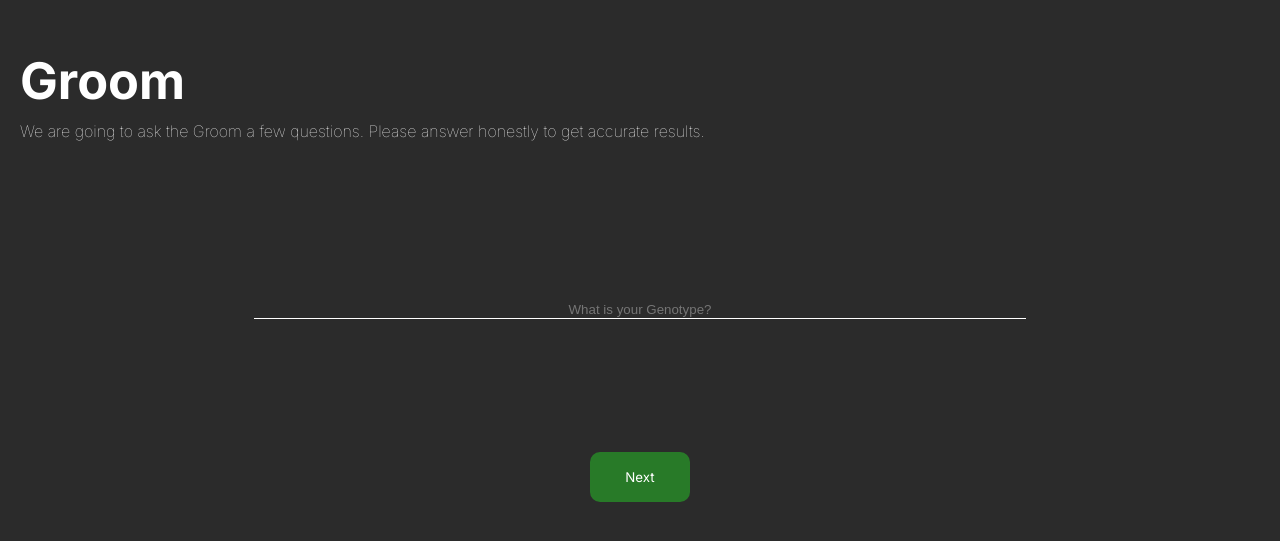
Repository: devhabeeblateef/tictactoe
Page: /, after clicking the first element matching `button.Home_f63b8_start`
These files come from the project's save history. The page is drawn as it stood at one moment and after the next save; the edit follows.
The browser window is 1280 px wide. The pictures show the whole page.
The project was rebuilt for these pictures with package versions that can differ from the ones it lists, and the page was loaded fresh each time. Also part of the build but not shown: src/App.css.

Above is the page before, as saved 2022-06-17 01:54:58.

After the next save:
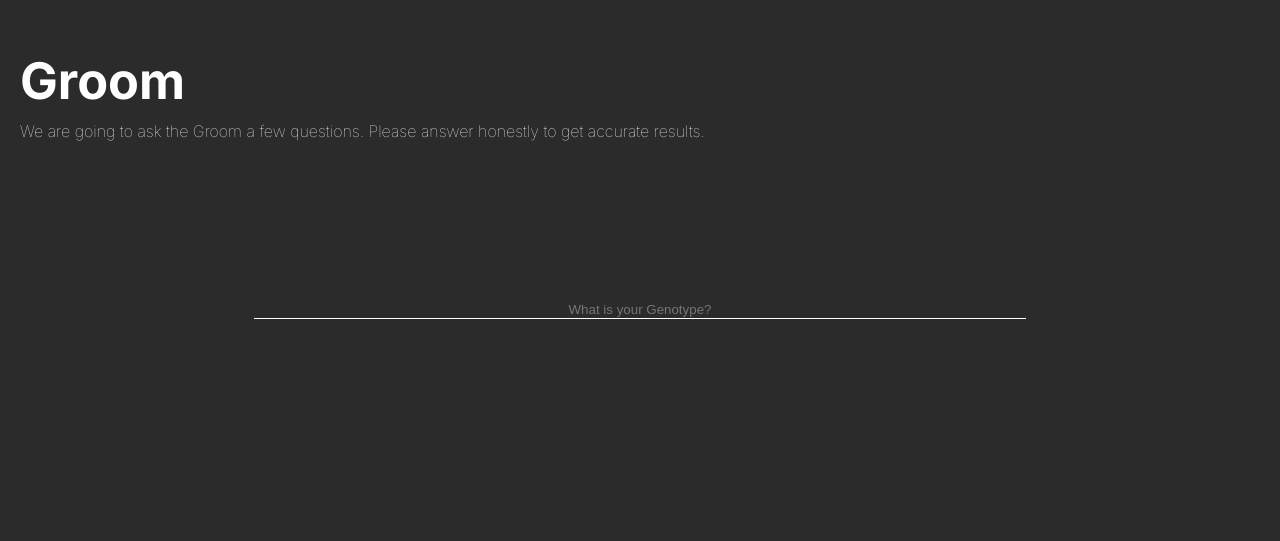
Saved 4 s later.
--- a/src/Form.js
+++ b/src/Form.js
@@ -25,8 +25,6 @@ function Form() {
         {started ? <button onClick={start} className={classes.start}>
         Start</button> : ""}
         {started ? "" : <Myform placeholder={maleQuestions[0]}/>}
-        {started ? "" :<button className={classes.start}>
-        Next</button>}
         </center>
     </div>
   )
